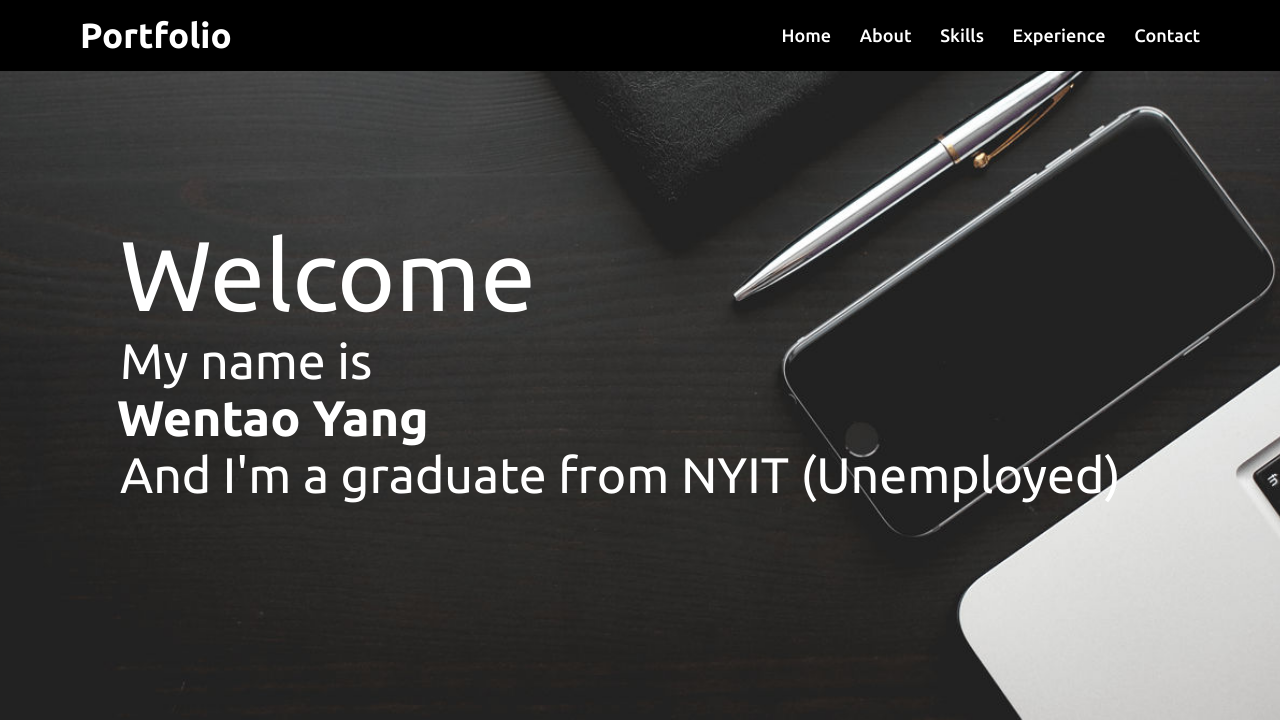
Repository: wyang08/wyang08.github.io
Page: index.html
These files come from the project's save history. The page is drawn as it stood at one moment and after the next save; the edit follows.
The browser window is 1280 px wide. The pictures show the whole page.

Above is the page before, as saved 2021-07-02 15:01:31.

After the next save:
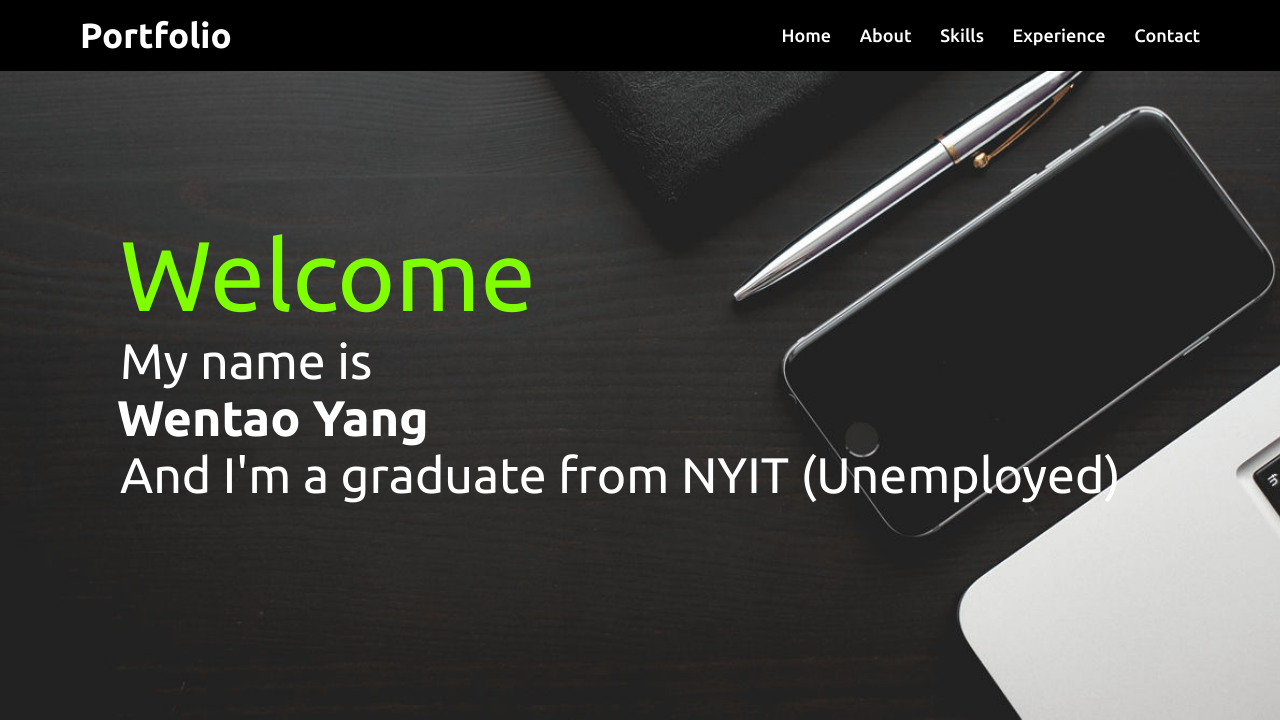
Saved 32 s later.
--- a/style.css
+++ b/style.css
@@ -68,6 +68,7 @@
 
 .home .home-content .text-1{
     font-size: 99px;
+    color: chartreuse;
 }
 .home .home-content .text-2{
     font-size: 50px;
